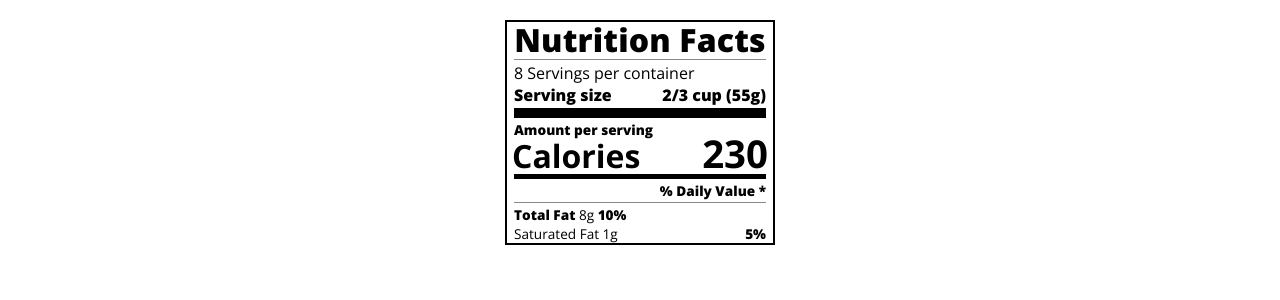
Repository: Lungdjos/typography
Page: index.html
These files come from the project's save history. The page is drawn as it stood at one moment and after a run of saves; the edit follows.
The browser window is 1280 px wide. The pictures show the whole page.

Above is the page before, as saved 2023-10-28 01:58:48.

### index.html
<!DOCTYPE html>
<html lang="en">

<head>
    <meta charset="UTF-8">
    <meta name="viewport" content="width=device-width, initial-scale=1.0">
    <title>Nutrition Label</title>
    <link rel="stylesheet" href="styles.css">
    <link rel="stylesheet" href="https://fonts.googleapis.com/css?family=Open+Sans:400,700,800">
</head>

<body>
    <div class="label">
        <header>
            <h1 class="bold">Nutrition Facts</h1>
            <div class="divider"></div>
            <p>8 Servings per container</p>
            <p class="bold">Serving size <span>2/3 cup (55g)</span></p>
        </header>
        <div class="divider large"></div>
        <div class="calories-info">
            <div class="left-container">
                <h2 class="bold small-text">Amount per serving</h2>
                <p>Calories</p>
            </div>
            <span>230</span>
        </div>
        <div class="divider medium"></div>
        <div class="daily-value small-text">
            <p class="bold right">% Daily Value *</p>
            <div class="divider"></div>
            <p><span><span class="bold">Total Fat</span> 8g <span class="bold">10%</span></span>
            </p>
            <p class="indent">Saturated Fat 1g <span class="bold">5%</span></p>
        </div>
    </div>

</body>

</html>

### styles.css
body {
    font-family: "Open Sans", sans-serif;
}

html {
    font-size: 16px;
}

.label {
    border: 2px solid black;
    width: 270px;
    margin: 20px auto;
    padding: 0 7px;
}

* {
    box-sizing: border-box;
}

header h1 {
    text-align: center;
    margin: -4px 0;
    letter-spacing: .15PX;
}

p {
    margin: 0;
    display: flex;
    justify-content: space-between;
}

.divider {
    border-bottom: 1px solid #888989;
    margin: 2px 0;
}

.bold {
    font-weight: 800;
}

.large {
    height: 10px;
}

.large,
.medium {
    background-color: black;
    border: 0;
}

.small-text {
    font-size: .85rem;
}

.calories-info h2 {
    margin: 0;
}

.calories-info {
    display: flex;
    justify-content: space-between;
    align-items: flex-end;
}

.left-container p {
    margin: -5px -2px;
    font-size: 2em;
    font-weight: 700;
}

.calories-info span {
    font-size: 2.4em;
    font-weight: 700;
    margin: -7px -2px;
}

.medium {
    height: 5px;
}

.right {
    justify-content: flex-end;
}

After the next 4 saves:
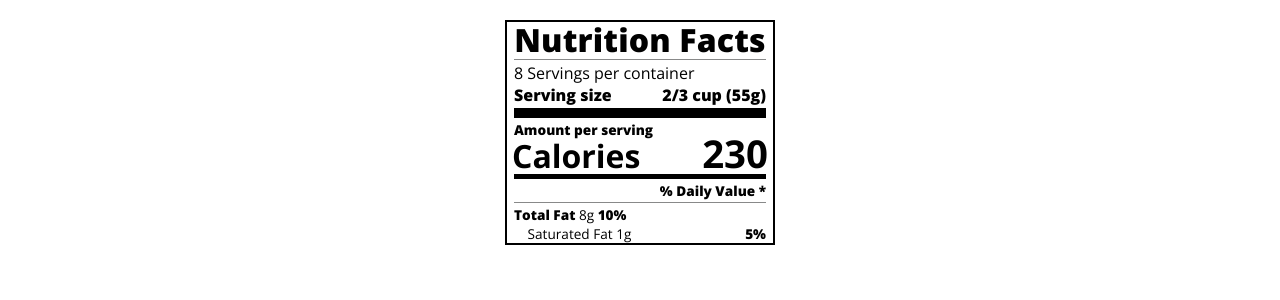
The 4 saves are shown as one change because they came seconds apart.
The last was saved 49 s later.
--- a/styles.css
+++ b/styles.css
@@ -81,3 +81,7 @@ p {
 .right {
     justify-content: flex-end;
 }
+
+.indent {
+    margin-left: 1em;
+}
